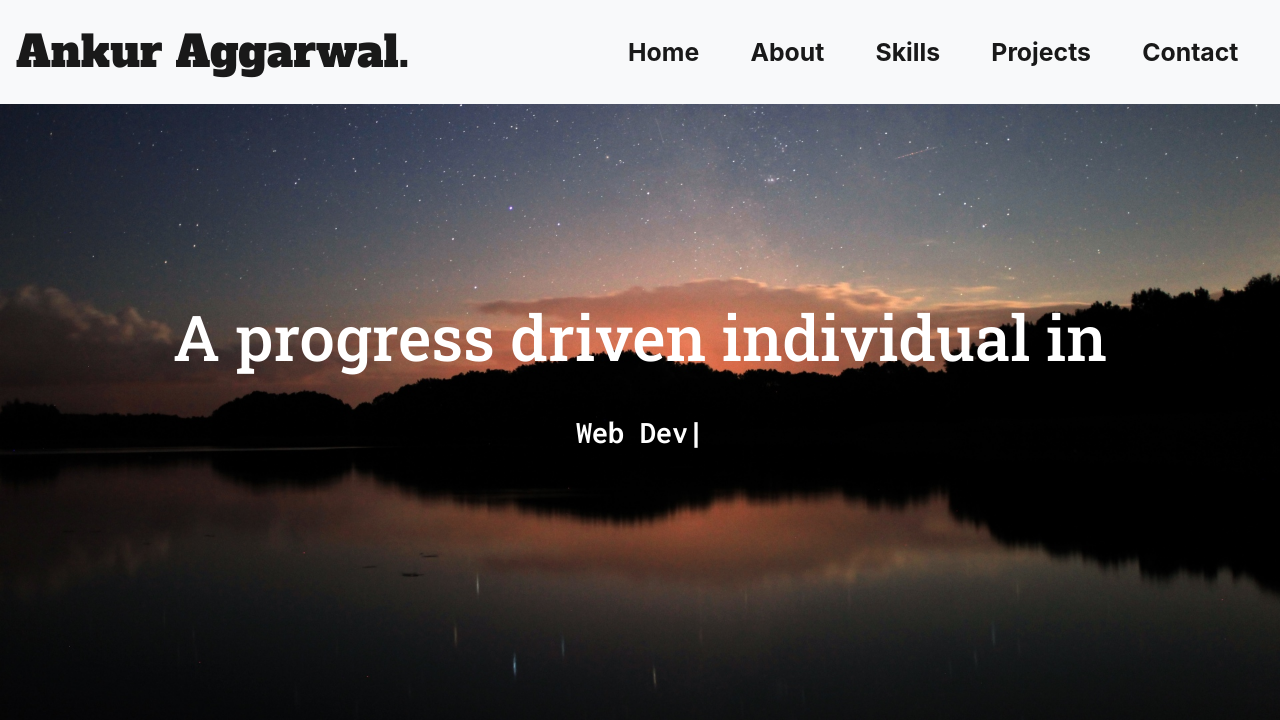
Repository: AnkurDevv/PersonalWebsite
Page: index.html
An editor plug-in stored every save of this project. The page is shown before and after the next save, followed by the edit.
The browser window is 1280 px wide. The pictures show the whole page.
Some web fonts or font styles are not loaded; a fallback is used.

Above is the page before, as saved 2020-09-13 14:19:46.

After the next save:
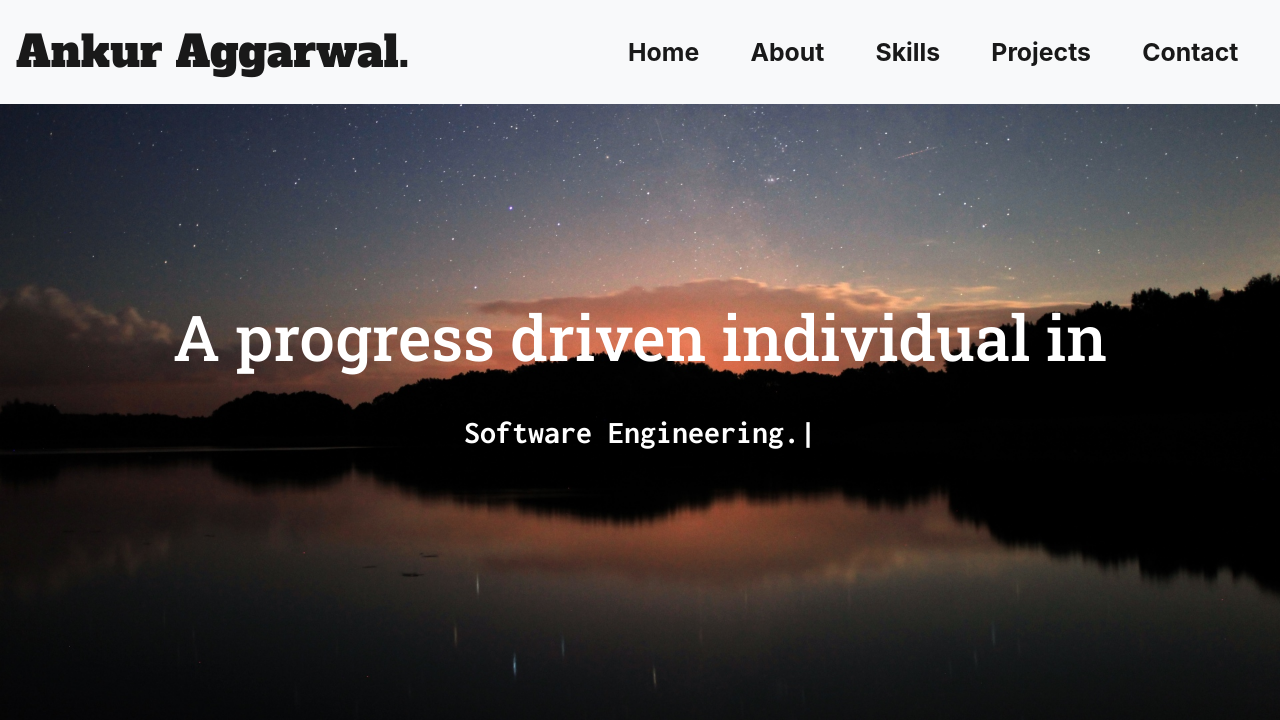
Saved 11 s later.
--- a/index.html
+++ b/index.html
@@ -69,7 +69,7 @@
       </div>
       <div class="row">
         <h3 id="MainSubHeading">
-          <span id="typed" style="white-space:pre;"></span>
+          <span id="typed" style="white-space:pre;"><u></u></span>
           <!-- <span class="typed-cursor typed-cursor--blink">|</span> -->
         </h3>
       </div>

After the save that followed:
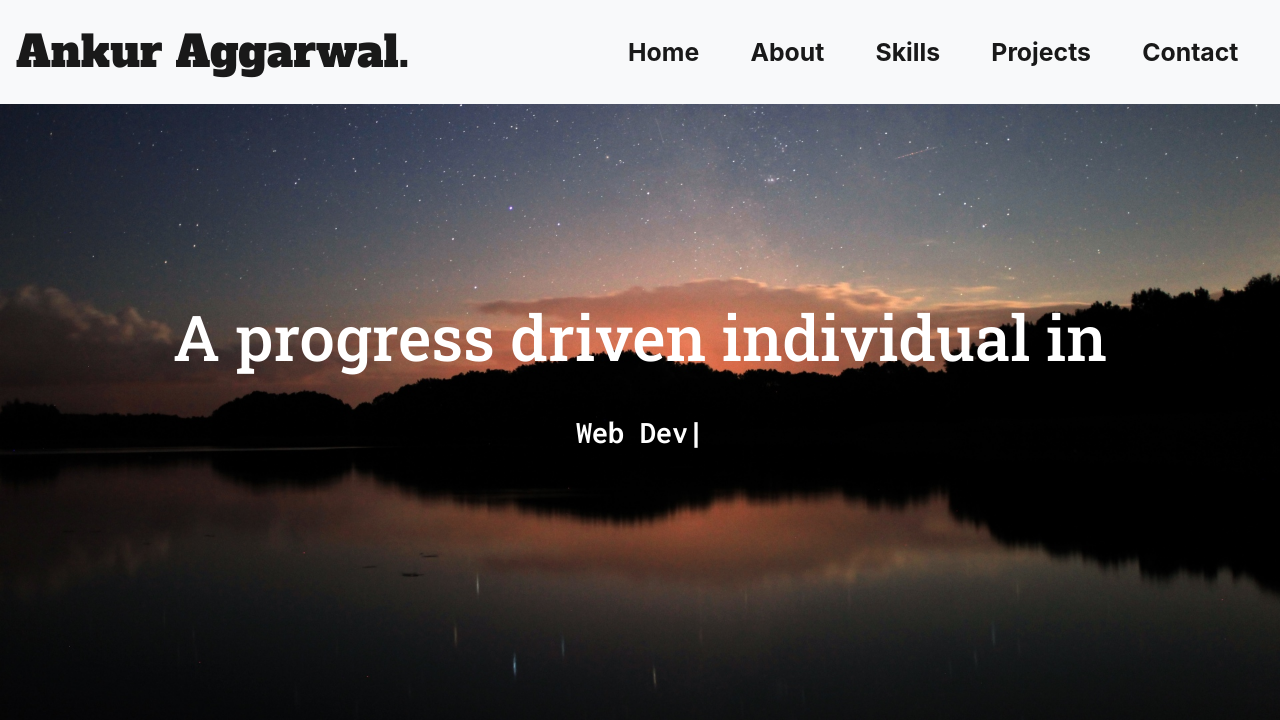
Saved 9 s later.
--- a/index.html
+++ b/index.html
@@ -69,7 +69,7 @@
       </div>
       <div class="row">
         <h3 id="MainSubHeading">
-          <span id="typed" style="white-space:pre;"><u></u></span>
+          <span id="typed" style="white-space:pre;"></span>
           <!-- <span class="typed-cursor typed-cursor--blink">|</span> -->
         </h3>
       </div>
